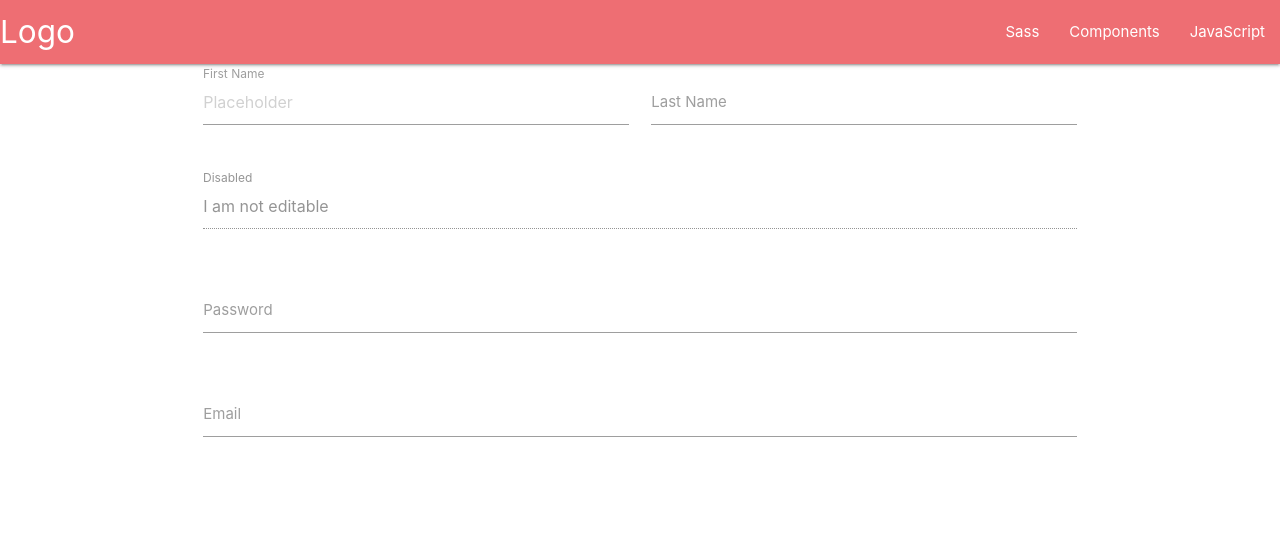
Repository: RavinakS/signup-page-html-js
Page: index.html
These files come from the project's save history. The page is drawn as it stood at one moment and after the next save; the edit follows.
The browser window is 1280 px wide. The pictures show the whole page.

Above is the page before, as saved 2021-12-13 11:12:53.

### index.html
<!DOCTYPE html>
<html lang="en">
<head>
    <meta charset="UTF-8">
    <meta http-equiv="X-UA-Compatible" content="IE=edge">
    <meta name="viewport" content="width=device-width, initial-scale=1.0">

    <title>Document</title>
    <link rel="stylesheet" href="https://cdnjs.cloudflare.com/ajax/libs/materialize/1.0.0/css/materialize.min.css">
    <script src="https://cdnjs.cloudflare.com/ajax/libs/materialize/1.0.0/js/materialize.min.js"></script>

</head>
<body>
    <nav>
        <div class="nav-wrapper">
          <a href="#" class="brand-logo">Logo</a>
          <ul id="nav-mobile" class="right hide-on-med-and-down">
            <li><a href="sass.html">Sass</a></li>
            <li><a href="badges.html">Components</a></li>
            <li><a href="collapsible.html">JavaScript</a></li>
          </ul>
        </div>
      </nav>
    <div class="container">
        <div class="row">
            <form class="col s12">
              <div class="row">
                <div class="input-field col s6">
                  <input placeholder="Placeholder" id="first_name" type="text" class="validate">
                  <label for="first_name">First Name</label>
                </div>
                <div class="input-field col s6">
                  <input id="last_name" type="text" class="validate">
                  <label for="last_name">Last Name</label>
                </div>
              </div>
              <div class="row">
                <div class="input-field col s12">
                  <input disabled value="I am not editable" id="disabled" type="text" class="validate">
                  <label for="disabled">Disabled</label>
                </div>
              </div>
              <div class="row">
                <div class="input-field col s12">
                  <input id="password" type="password" class="validate">
                  <label for="password">Password</label>
                </div>
              </div>
              <div class="row">
                <div class="input-field col s12">
                  <input id="email" type="email" class="validate">
                  <label for="email">Email</label>
                </div>
              </div>
            </form>
          </div>
    </div>
</body>
</html>

After the next save:
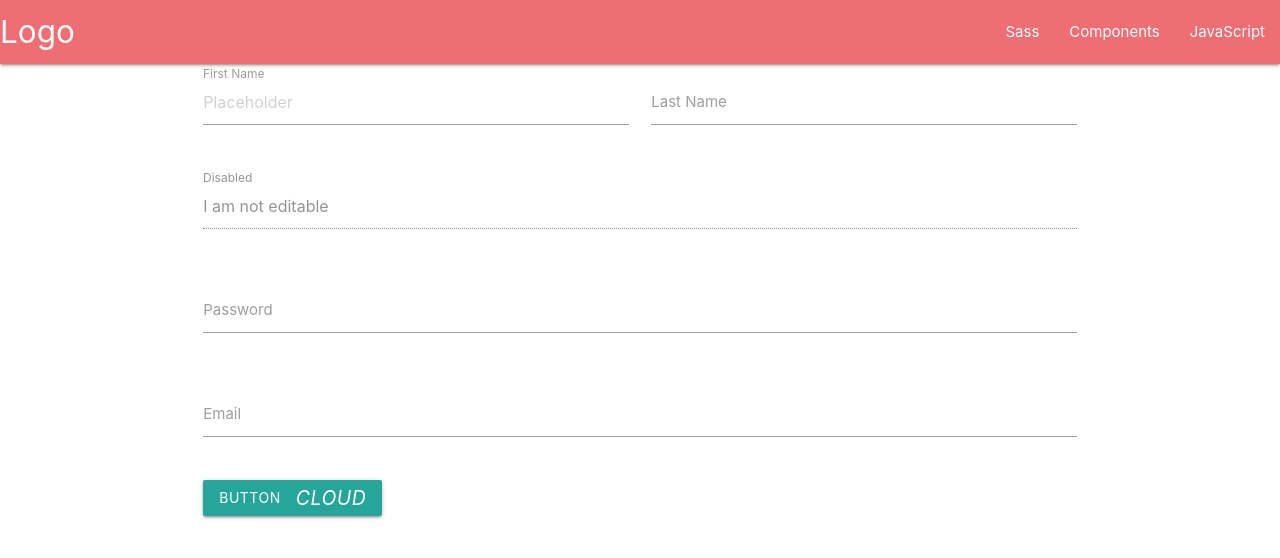
Saved 88 s later.
--- a/index.html
+++ b/index.html
@@ -52,6 +52,7 @@
                   <label for="email">Email</label>
                 </div>
               </div>
+              <a class="waves-effect waves-light btn"><i class="material-icons right">cloud</i>button</a>
             </form>
           </div>
     </div>
